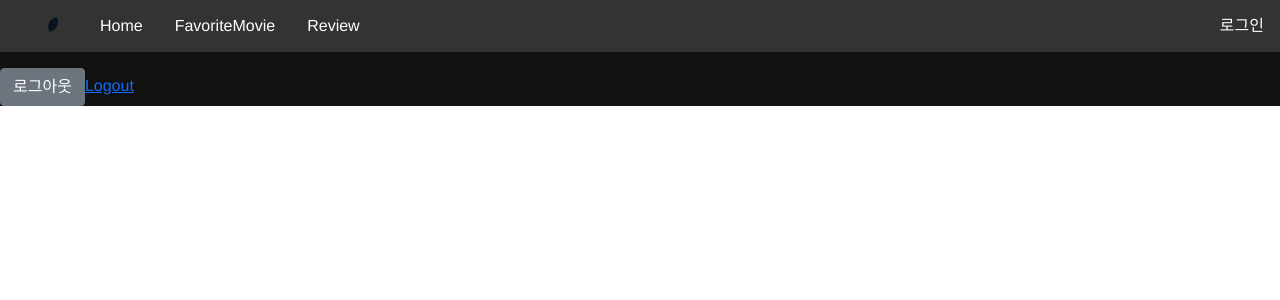
Repository: chomyoenggeun/linkedmovie
Page: /mypage (app in front/)
These files come from the project's save history. The page is drawn as it stood at one moment and after the next save; the edit follows.
The browser window is 1280 px wide. The pictures show the whole page.
The project was rebuilt for these pictures with package versions that can differ from the ones it lists, and the page was loaded fresh each time. Also part of the build but not shown: front/vue.config.js, front/src/components/MovieCard.vue, front/src/views/Home.vue, front/src/views/accounts/Account.vue, front/src/views/accounts/Login.vue, front/src/views/accounts/Signup.vue, front/src/views/FavoriteMovie.vue, front/src/components/DmovieReviewItem.vue and 9 more.

Above is the page before, as saved 2021-11-24 05:33:55.

After the next save:
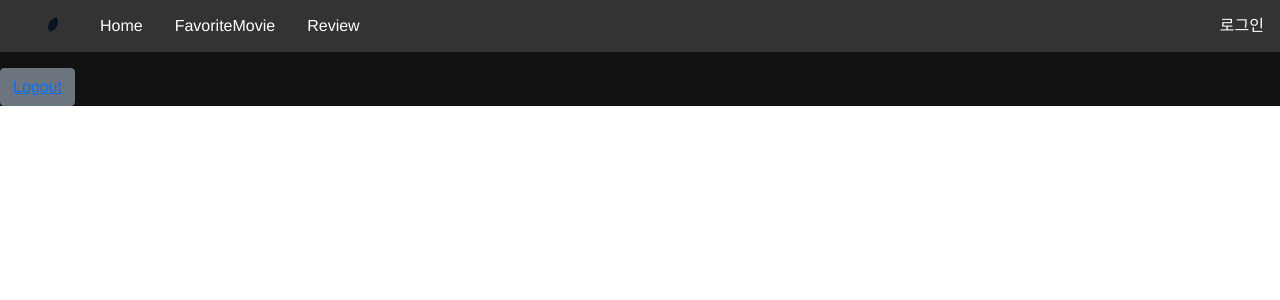
Saved 56 s later.
--- a/front/src/views/Mypage.vue
+++ b/front/src/views/Mypage.vue
@@ -1,8 +1,8 @@
 <template>
   <div>
     <div>
-      <b-button class="button">로그아웃</b-button>
-      <router-link @click.native="logout" to="Home">Logout</router-link>
+      <b-button class="button"><router-link @click.native="logout" to="Home">Logout</router-link></b-button>
+
     </div>
   </div>
 </template>
@@ -26,5 +26,7 @@ export default {
 </script>
 
 <style scoped>
+.button{
 
+}
 </style>
